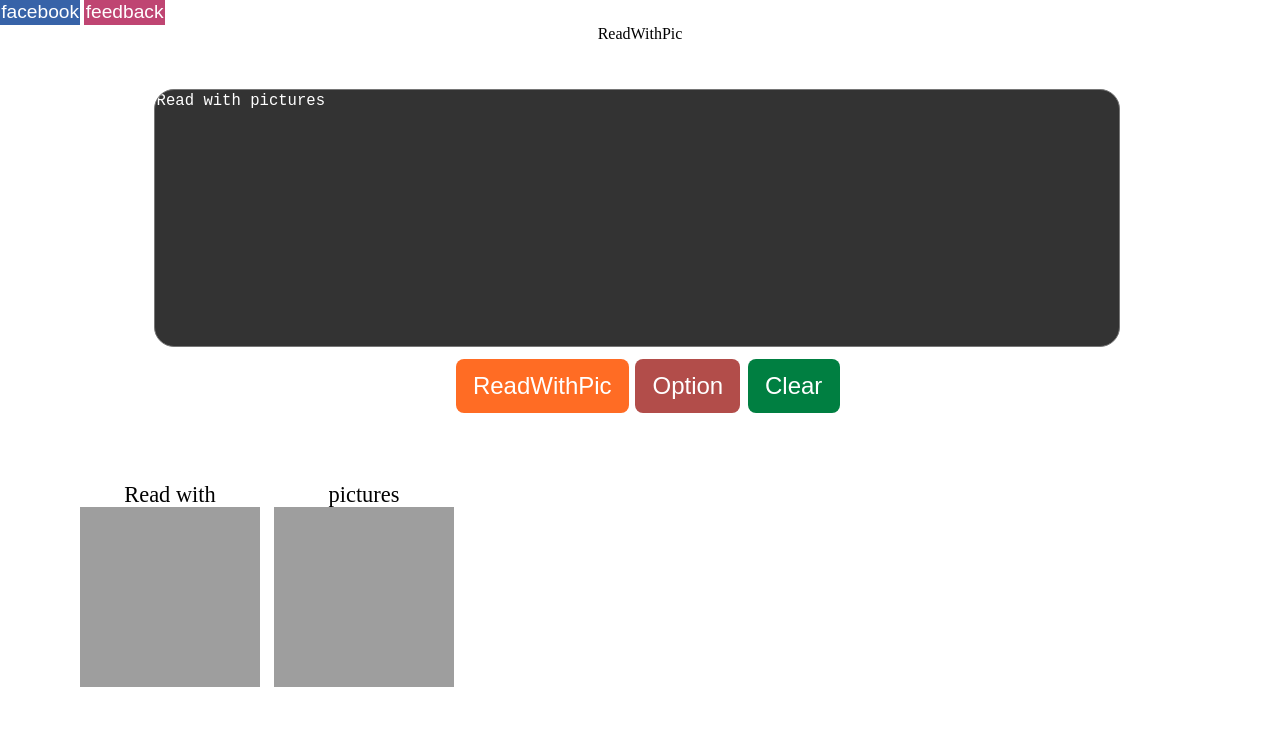
Repository: readwithpic/readwithpic.github.io
Page: index.html
The author's editor kept a record of every edit. The page is drawn from the files as they stood at one moment, then again after the next edit.
The browser window is 1280 px wide. The pictures show the whole page.
The first visible `.facebook` is being pressed.
Pictures or frames that could not be fetched are drawn as grey boxes. Some web libraries are served in a nearby version.

Above is the page before.
Console error: TypeError: Cannot read properties of undefined (reading 'length')

### index.html
<!DOCTYPE html>
<html>

    <head>
        <meta charset="utf-8">
        <link rel="stylesheet" type="text/css" href="style.css" />
        <script src="https://ajax.googleapis.com/ajax/libs/jquery/2.1.3/jquery.min.js"></script>
        <script type="text/javascript" src="jscript.js"></script>
    </head>

    <body>
        <!-- <button type="button" id="feedback">Feedback</button>-->
        <!--Facebook Code-->
        <div class="social">
            <button type="button" class="facebook" onclick="window.open('https://www.facebook.com/readwithpic','_blank')">facebook
            </button>
            <button type="button" class="feedback"  onclick="window.open('https://www.facebook.com/readwithpic','_blank')">feedback
            </button>
        </div>
        <div class="logo"><a href="http://readwithpic.github.io" class="linkColor">ReadWithPic</a>
        </div>
        <div id="textBox">
            <div>
                <button type="button" id="roundB">
                    <p class="msg">R..</p>
                </button>
                <button type="button" id="closeB">
                    <p class="msg">X</p>
                </button>
            </div>
            <div>
                <textarea rows="10" cols="80" id="textInput" name="texthere">Read with pictures</textarea>
            </div>
            <div class="optionBox">
                <form action="#">
                    <div id="checkboxP">
                        <input type="checkbox" name="option" id="funny">
                        <label for="funny"><span class="cText"> Humour</span></label>
                    </div>
                    <div id="divAni">
                        <input type="checkbox" name="option" id="ani">
                        <label for="ani"><span class="cText">Animation</span></label>
                    </div>
                </form>
            </div>
            <div class="mainGroup">
                <div class="group">
                    <div id="buttonSpin">
                        <div class="spinner">
                            <div class="bounce1"></div>
                            <div class="bounce2"></div>
                            <div class="bounce3"></div>
                        </div>
                    </div>
                    <button type="button" id="convert">ReadWithPic</button>
                    <button type="button" id="option"><span id='optionText'>Option</span><span id='optionClose'>X</span></button>
                    <button type="button" id="clear">Clear</button>
                </div>
            </div>
        </div>
        <div class="front">
            <ul>
                <li class="showIt">
                    <figure>
                        <img src="http://www.auburn.edu/academic/education/reading_genie/navig/read.gif" height=180 width=180>
                        <figcaption>
                            <p class='withPic'>Read with</p>
                        </figcaption>
                    </figure>
                </li>
                <li class="showIt">
                    <figure>
                        <img src="https://pbs.twimg.com/profile_images/425063504039538688/sO0mRdKW.jpeg" height=180 width=180>
                        <figcaption>
                            <p class='withPic'>pictures</p>
                        </figcaption>
                    </figure>
                </li>
            </ul>
        </div>
        <!--debug <button type="button" id="loadme">Load</button>
            <button type="button" id="debug">debug</button>
           -->
        <div id="display">
            <ul>
                <li id="listLoad">
                    <div id="loadingSpin">
                        <div class="spinner">
                            <div class="bounce1"></div>
                            <div class="bounce2"></div>
                            <div class="bounce3"></div>
                        </div>
                    </div>
                </li>
            </ul>
        </div>
        <div><span id="sDebug"> </span><span id="what"></span>
        </div>
    </body>

</html>

### style.css
html, body { height: 100%; width: 100%; margin: 0; }


.logo{
    text-align:center;
    cursor:hand;
}

a:link {
    text-decoration: none;
}

a:visited {

    text-decoration: none;
}

a:hover {
    text-decoration: none;
}

a:active {
    text-decoration: none;

}
.linkColor{
    color:black;
}
.facebook{
   cursor:pointer;
   text-align:center;
   background-color: #3763A8;
   color: white;
   font-size: 1.2em;
   text-decoration: none;
   padding: 0.1% 0.1% ;
   border: none;
}

.facebook:hover{
    background-color:#3b5998;
}

.facebook:active{
    background-color:#3763A8;
}

.feedback{
   cursor:pointer;
   text-align:center;
   background-color: #BF4572;
   color: white;
   font-size: 1.2em;
   text-decoration: none;
   padding: 0.1% 0.1% ;
   border: none;
}

.feedback:hover{
    background-color:#7F2E4C;
}

.feedback:active{
    background-color:#BF4572;
}

.fb-like{
    width:200px;
}

li {
    display: inline-block;
    text-align:center;
    height:250px;
    padding-left:-100px;
}

.showIt{
    display:inline-block;
}

img{
    margin-right:-70px;
    float:left;
    padding:0px 0px 0px 0px;
}

#searchbox {
    width:600px;
    height:200px;
}

p {
 display:inline;
}

.withPic{
    font-size:1.4em;
    position:relative;
    left:35px;
    top:-205px;
    z-index:-1;
}
.onlyText{
 margin-left:4px;
}

#sDebug{
    background-color:brown;
}

#what{
    background-color:red;
}

/*half page div box */
#textBox{
  position:absolute;
  width:100%;
  height:50%;
}

textarea{
    -webkit-overflow-scrolling: touch;
}

#textInput{
    color:white;
    font-size:1.2em;
    position:absolute;
    display:block;
    resize:none;
    top:13%;
    left:12%;
    width:75%;
    height:70%;
    background-color:#333333;
    -moz-border-radius: 10px;
    -webkit-border-radius: 10px;
    border-radius: 20px;

}

#textInput:focus{
  border-color: #FF6C24;
  outline:none;
}

.front{
    position:relative;
    top:60%;
}

.optionBox{
    position:fixed;
    top:14%;
    background-color:#B24D4A;
    width:190px;
    height:90px;
    color:white;
    border-top-right-radius:20px;
    border-bottom-right-radius:20px;
    display:none;
}

#optionText{
    display:block;
}

#optionClose{
   margin-left:28.5px;
   margin-right:26px;
   display:none;
}

.cText{
   font-size:1.5em;
}

input[type=checkbox]
{
  display:inline-bloc;
   margin-left:15px;
   margin-top:15px;
   margin-right:10px;
  /* Double-sized Checkboxes */
  -ms-transform: scale(3); /* IE */
  -moz-transform: scale(3); /* FF */
  -webkit-transform: scale(3); /* Safari and Chrome */
  -o-transform: scale(3); /* Opera */
  padding: 10px;
}

.mainGroup {
    float:left;
    position:relative;
    top:88%;
    left:44%;
}

.group {
    width:215px;
    float:left;
    position:relative;
    left:-50%;
}

#divAni{
    margin-top:10px;
}
#convert  {
    display:inline-block;
    text-align:center;
    background-color: #FF6C24;
   -webkit-border-radius: 8px;
    -moz-border-radius: 8px;
    border-radius: 8px;
     color: white;
   font-size: 1.5em;
   text-decoration: none;
   padding: 6% 8% ;
   border: none;
   }

#convert:hover{
    background-color:#E55900;
}

#convert:active {
   background-color: #993D00;
   }

#convert:disabled{
background-color:#FFAA70;
}

#buttonSpin{
    position:absolute;
    margin-top:10%;
    margin-left:28%;
    display:none;
}

#clear{
    position:absolute;
    display:inline-block;
    margin-left:119px;
    text-align:center;
    background-color: #007F41;
   -webkit-border-radius: 8px;
    -moz-border-radius: 8px;
    border-radius: 8px;
   color: white;
   font-size: 1.5em;
   text-decoration: none;
   padding: 6% 8% ;
   border: none;
   }

#clear:hover {
   background-color:  #00683B;
   }


#clear:active {
   background-color: #007F41;
   }

#option{
    position:absolute;
    margin-left: 6.5px;
    text-align:center;
    background-color:#B24D4A;
   -webkit-border-radius: 8px;
    -moz-border-radius: 8px;
    border-radius: 8px;
   color: white;
   font-size: 1.5em;
   text-decoration: none;
   padding: 6% 8% ;
   border: none;
   }

#option:hover {
   background-color:#B23734;
   }


#option:active {
   background-color:#B24D4A;
   }


#roundB{
  position:fixed;
  top:1.5%;
  right:5%;
  width:50px;
  height:50px;
  background-color: #FF6C24;
  border-radius:50%;
  border: none;
  text-align:center;
  font-size:2em;
  color:white;
  display:none;
}

#roundB:hover{
    background-color:#E55900;
}

#roundB:active {
   background-color: #FF6C24;
   }

#closeB{
  position:fixed;
  top:1.5%;
  right:5%;
  width:50px;
  height:50px;
  background-color:#FF4024;
  border-radius:50%;
  border: none;
  text-align:center;
  font-size:2em;
  display:none;
}

#closeB:hover{
    background-color:#B20A00;
}

#closeB:active {
   background-color:#FF4024;
}



















/* Loading */
#listLoad{
  position:relative;
  width:180px;
  height:180px;
  display:none;
}

#loadingSpin{
    position:absolute;
    top:77px;
    left:67px;
    z-index:-2;
}

spinner {
  margin-left:100px;
  width: 70px;
  text-align: center;
}

.spinner > div {
  width: 15px;
  height: 15px;
  background-color: #333;
  border-radius: 100%;
  display: inline-block;
  -webkit-animation: bouncedelay 1.4s infinite ease-in-out;
  animation: bouncedelay 1.4s infinite ease-in-out;
  /* Prevent first frame from flickering when animation starts */
  -webkit-animation-fill-mode: both;
  animation-fill-mode: both;
}

.spinner .bounce1 {
  -webkit-animation-delay: -0.32s;
  animation-delay: -0.32s;
}

.spinner .bounce2 {
  -webkit-animation-delay: -0.16s;
  animation-delay: -0.16s;
}

/* loading end */

@-webkit-keyframes bouncedelay {
  0%, 80%, 100% { -webkit-transform: scale(0.0) }
  40% { -webkit-transform: scale(1.0) }
}

@keyframes bouncedelay {
  0%, 80%, 100% {
    transform: scale(0.0);
    -webkit-transform: scale(0.0);
  } 40% {
    transform: scale(1.0);
    -webkit-transform: scale(1.0);
  }
}

### jscript.js
var link = new Array();
var link2 = new Array();
//looping variables and interger only
var k, j, i, h, startNum, constantV, calNum;
var filterWords = ["is", "are", "all", "another", "any", "anybody", "anyone", "anything", "botheach", "each", "other", "either", "everybody", "everyone", "everything", "few", "he", "her", "hers", "herself", "him", "himself", "his", "it", "its", "itself", "many", "me", "mine", "more", "most", "much", "myself", "neither", "no", "one", "nobody", "none", "nothing", "another", "other", "others", "ours", "ourselves", "several", "she", "some", "somebody", "someone", "something", "their", "theirs", "them", "themselves", "these", "they", "this", "those", "us", "we", "what", "whatever", "which", "whichever", "who", "whoever", "whom", "whomever", "whose", "you", "your", "yours", "yourself", "yourselves", "that", "it's", "time", "person", "year", "way", "day", "thing", "man", "world", "life", "hand", "part", "child", "eye", "woman", "place", "work", "week", "case", "point", "government", "company", "number", "group", "problem", "fact", "be", "have", "do", "say", "get", "make", "go", "know", "take", "see", "come", "think", "look", "want", "give", "use", "find", "tell", "ask", "work", "seem", "feel", "try", "leave", "call", "good", "new", "first", "last", "long", "great", "little", "own", "other", "old", "right", "big", "high", "different", "small", "large", "next", "early", "young", "important", "few", "public", "bad", "same", "able", "to", "of", "in", "for", "on", "with", "at", "by", "from", "up", "about", "into", "over", "after", "beneath", "under", "above", "the", "and", "a", "that", "", "it", "not", "he", "as", "you", "this", "but", "his", "they", "her", "she", "or", "an", "will", "my", "one", "all", "would", "there", "their", "aboard", "about", "above", "across", "after", "against", "along", "amid", "among", "around", "as", "at", "before", "behind", "below", "beneath", "beside", "besides", "between", "beyond", "but", "by", "concerning", "considering", "despite", "down", "during", "except", "excepting", "excluding", "following", "for", "from", "in", "inside", "into", "like", "minus", "near", "of", "off", "on", "onto", "opposite", "outside", "over", "past", "per", "plus", "regarding", "round", "save", "since", "than", "through", "to", "toward", "towards", "under", "underneath", "unlike", "until", "up", "upon", "versus", "via", "with", "within", "without"];
var lastList, textInput, myScroll, loadList, count,option,animation, userInput, cleanSent, search;
var $win, $doc, $list, $textArea, $roundB, $closeB, $buttonSpin, $funny, $ani;

$(document).ready(function () {
    $list = $('li');
    textInput = $('#textInput');
    loadList = $('#listLoad');
    $win = $(window);
    $doc = $(document);
    $textArea = $('textarea');
    $roundB = $('#roundB');
    $closeB = $('#closeB');
    $buttonSpin=$('#buttonSpin');
    $funny=$('#funny');
    $ani=$('#ani');

    //Enable or Disable readwithpic button
    $textArea.keyup(function () {
        if ($(this).val() && $('li').length > 1) {
            $('#readwithpic').removeAttr('disabled');
        } else {
            $('#readwithpic').attr('disabled', 'disabled');
        }
    });

    $('#readwithpic').click(function () {
        //avoid rapid click from user
        $('#readwithpic').attr('disabled', 'disabled');

        //Immediately remove two front pictures
        $('.frontDisplay').remove();

        //textarea animation effect during middle of screen
        if (textInput.height() > 350) {
            $('#textInput').fadeOut('fast');
            $('.mainGroup').fadeOut('fast');
            $closeB.hide();

        //textarea animation effect at home page
        } else {
            $('#textInput').slideUp('fast');
            $('.mainGroup').fadeOut('fast');
        }

        //Option display for humor and animation    ----START--->
        if($funny.is(':checked')){
            option='funny';
        }else{
            option='';
        }

        if($ani.is(':checked')){
            animation='imgtype=animated&';
        }else{
            animation='';
        }

        //Don't show list of option at home page unless user pressed option button
        $('.optionBox').hide();

        //option button text
        $('#optionText').show();

        //hide option button close logo
        $('#optionClose').hide();
        //Option display    ----END----<

        //main brain of textarea    ----START---->
        count = 0;
        h = 0;
        j = 0;
        myScroll = 0;
        // default number of search images to be loaded at first
        startNum = 30;
        //constantV is assigned to calNum to load given number consistant images after each scroll
        calNum = startNum;
        link.length = 0;
        link2.length = 0;
        $('#what').empty();
        $('.onlyText').remove();
        userInput = $('textarea[name=texthere]').val();
        cleanSent = userInput.replace(/\s+/g, ' ');// remove more than 1 space.
        search = cleanSent.split(" ");//seperate each words from the sentence and put in array.
        callAjax(search[j]); //callAjax is the main function to get look for image
        //brain transfer            ----END----<

        //Remove all the lists
        $('li').remove();

        //Display loading sign as a first list element
        $('#display ul').append(loadList);

        //Display loading while ajax request
        loadList.show();

        //small upperight-corner round button
        $roundB.show('fast');
        $buttonSpin.show();
    });

    //Empty textarea
    $('#clear').click(function () {
        $textArea.val('');
    });

    //Option box
    $('#option').click(function() {
        if($('.optionBox').is(':visible')){
            $('.optionBox').hide();
            $('#optionText').show();
            $('#optionClose').hide();
        }else{
            $('.optionBox').show();
            $('#optionText').hide();
            $('#optionClose').show();
        }
    });

    //Text are control(round button)    ---START--->
    $('#roundB').click(function () {
        //display textBox at the middle of screen.
        $('#textInput').css({
            'position': 'fixed',
                'top': '10%',
                'left': '9%',
                'width': '80%',
                'height': '70%'
        });
        $('.mainGroup').css({
            'position': 'fixed',
                'top': '82%'
        });
        $('#textInput').fadeIn('fast');
        $('.mainGroup').fadeIn('fast');
        $('#closeB').show();
        $('.optionBox').css({
            'position': 'fixed',
                'top': '14%',
        });
        $(this).hide();
    });

    //close button
    $('#closeB').click(function () {
        $('#textInput').fadeOut('fast');
        $('.mainGroup').fadeOut('fast');
        $roundB.show();
        $('.optionBox').hide();
         $('#optionText').show();
        $('#optionClose').hide();
        $(this).hide();
    });
    //text are control button   ---END---<


    $win.resize(function () {
        // load the rest of screen if the user reduce the zoom less than 100%
        if (lastList.offset().top < $win.height() && myScroll === 1) {
            myScroll = 1;
            $win.scroll();
        }
    });


    //load additiona pictures when user scroll.
    $win.scroll(function () {
        if ($win.scrollTop() + $win.height() > $doc.height() - $doc.height() / 4 && myScroll === 1 && j < search.length) {
            h = 0;
            //To reuse same Array link2
            link.length = 0;
            link2.length = 0;

            //load number of images after each scroll
            constantV = 10;

            //reintalize the calNum to display given constant number of images accross the screen
            calNum += constantV;
            callAjax(search[j]);
            myScroll = 0;
        } else if (j === search.length) {
            loadList.hide();
        }
    });

    //dubugging zone
    $('#debug').click(function () {
        $('#sDebug').append('<br>' + "Linklength1 : " + link.length + '<br>');
        $('#sDebug').append("Linklength2 : " + link2.length + '<br>');
        $("#sDebug").append("dubug j value :" + j + '<br>');
        $('#sDebug').append("dubug i value:" + i + '<br>');
        $('#sDebug').append("dubug count value:" + count + '<br>');
        $('#sDebug').append("dubug k value:" + k + '<br>');
    });
});

function callAjax(index) {
    var choice,animationPic;
    var rand=Math.floor(Math.random() * 3);

    if( rand === 1 && option==='funny'){
        choice='funny';
    }else{
        choice='';
    }

    if((rand === 1 || rand === 2) && animation === 'imgtype=animated&'){
        animationPic = 'imgtype=animated&';
    }else{
        animationPic = '';
    }

    var look = new URL('https://ajax.googleapis.com/ajax/services/search/images?v=1.0&safe=active&' + animationPic + 'q=' + choice + index + '&callback=?');
    $.ajax({
        url:look,
        dataType: 'json',
        success: function (data) {
            if (data.responseData.results.length === 0) {
                if (j < startNum) {
                    link[j] = "http://upload.wikimedia.org/wikipedia/commons/9/98/MA_Route_blank.svg";
                    j++;
                } else {
                    link2[h] = "http://upload.wikimedia.org/wikipedia/commons/9/98/MA_Route_blank.svg";
                    j++;
                    h++;
                }
            } else {
                if (j < startNum) {
                    link[j] = data.responseData.results[0].url;
                    j++;
                } else {
                    link2[h] = data.responseData.results[0].url;
                    j++;
                    h++;
                }
            }
            //checked against the calNum to make sure it doesn't load images more then startNum(default number of images to be load at first)
            if (j < search.length && j < calNum) {
                callAjax(search[j]);
            } else {
                show();
            }
        }
    });
}

//function do display first 30 words
function show() {
    var loopNum;
    i = 0;

    //slideUp or fadeOut the textarea and button
    if (count === 0) {
        for (i; i < j; i++) {;
            //indexOf(search[j]) returns -1 if the value is not present inside array search[j];
            //check if search[j] is not the first html list element
            if (filterWords.indexOf(search[i]) !== -1 && $list.length > 0) {
                $('.withPic').last().append('<p class=onlyText>' + search[i] + '</p>');
            } else {
                $('#display ul').append('<li class="showIt">' + '<figure>' + '<img src="' + link[i] + '" height=180 width=180>' +
                    '<figcaption>' + '<p class=withPic>' + search[i] + '</p>' + '</figcaption>' + '</figure>' + '</li>');
            }
        }
        $buttonSpin.hide();

        //get the last list element
        lastList = $('li:last').attr('class', 'showIt');

        //always put the loading at the last element
        $('#display ul').append(loadList);

        //disable this for loop
        count = 1;

        //initiate scroll
        myScroll = 1;

        //for bigger bigger resolution or screen to load more list element than intiated max startNum value
        if (lastList.offset().top < $win.height()) {
            $win.scroll();
        }
    } else {
        k = 0;
        //to run the loop if the value of constantV is less then link2.length.
        if (link2.length < constantV) {
            i = j - link2.length;
            loopNum = i + link2.length;
            //$('#what').append('<br>' + 'insideLOOPNUM: ' + loopNum);
            //Once value of j arrives here it'll be orginal value + constantV because callAjax function have already run twice
        } else {
            i = j - constantV;
            loopNum = i + constantV;
        }
        for (i; i < loopNum; i++) {
            //indexOf(search[j]) returns -1 if the value is not present inside array search[j];
            //check if search[j] is not the first html list element
            if (filterWords.indexOf(search[i]) !== -1 && $list.length > 0) {
                $('.withPic').last().append('<p class=onlyText>' + search[i] + '</p>');
            } else {
                $('#display ul').append('<li class="showIt">' + '<figure>' + '<img src="' + link2[k] + '" height=180 width=180>' +
                    '<figcaption>' + '<p class=withPic>' + search[i] + '</p>' + '</figcaption>' + '</figure>' + '</li>');
            }
            k++;
            //for debug purposes
            // $('#what').append('<br>' + 'insideIvalue: ' + i);
            // $('#what').append('<br>' + 'insideKvalue: ' + k);
            // $('#what').append('<br>' + 'insideJvalue: ' + j);
        }

        $('#display ul').append(loadList);

        myScroll = 1;

        if (lastList.offset().top < $win.height()) {
            $win.scroll();
        }
    }
}

After the next edit:
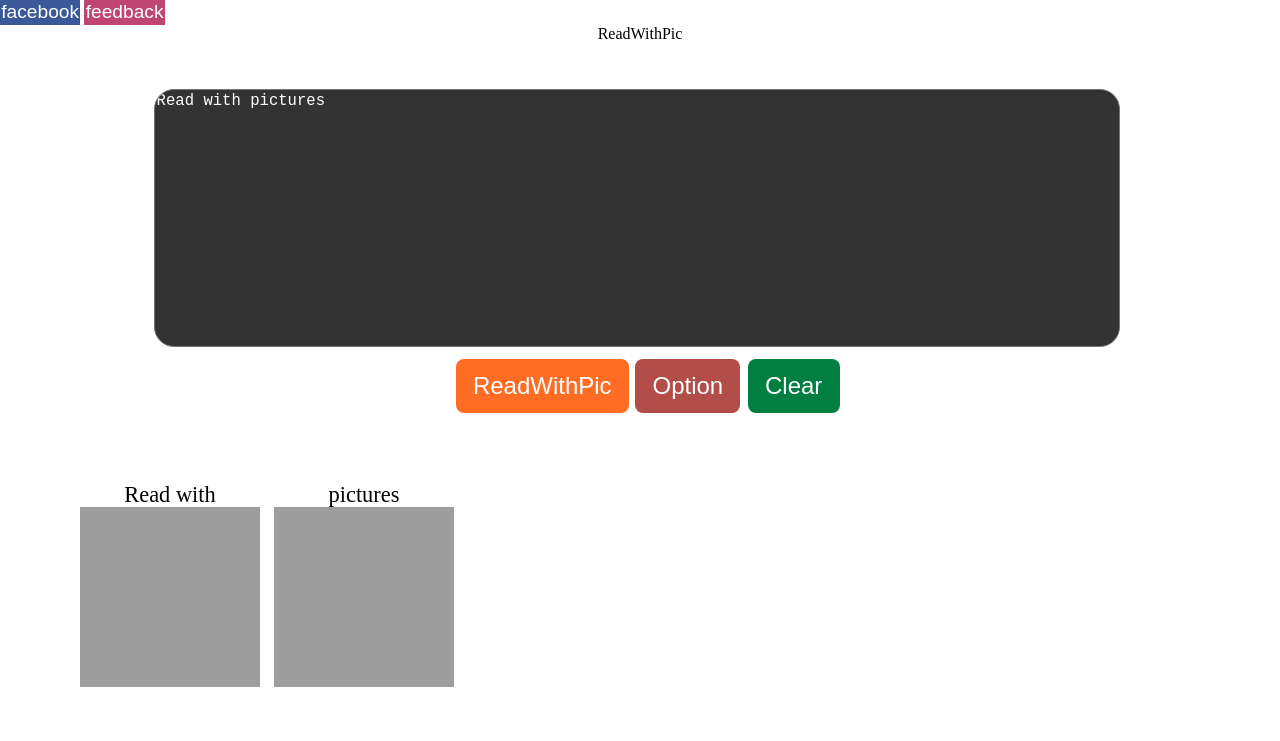
The edit:
--- a/style.css
+++ b/style.css
@@ -41,7 +41,7 @@
     background-color:#3b5998;
 }
 
-.facebook:active{
+#facebook:active{
     background-color:#3763A8;
 }
 
